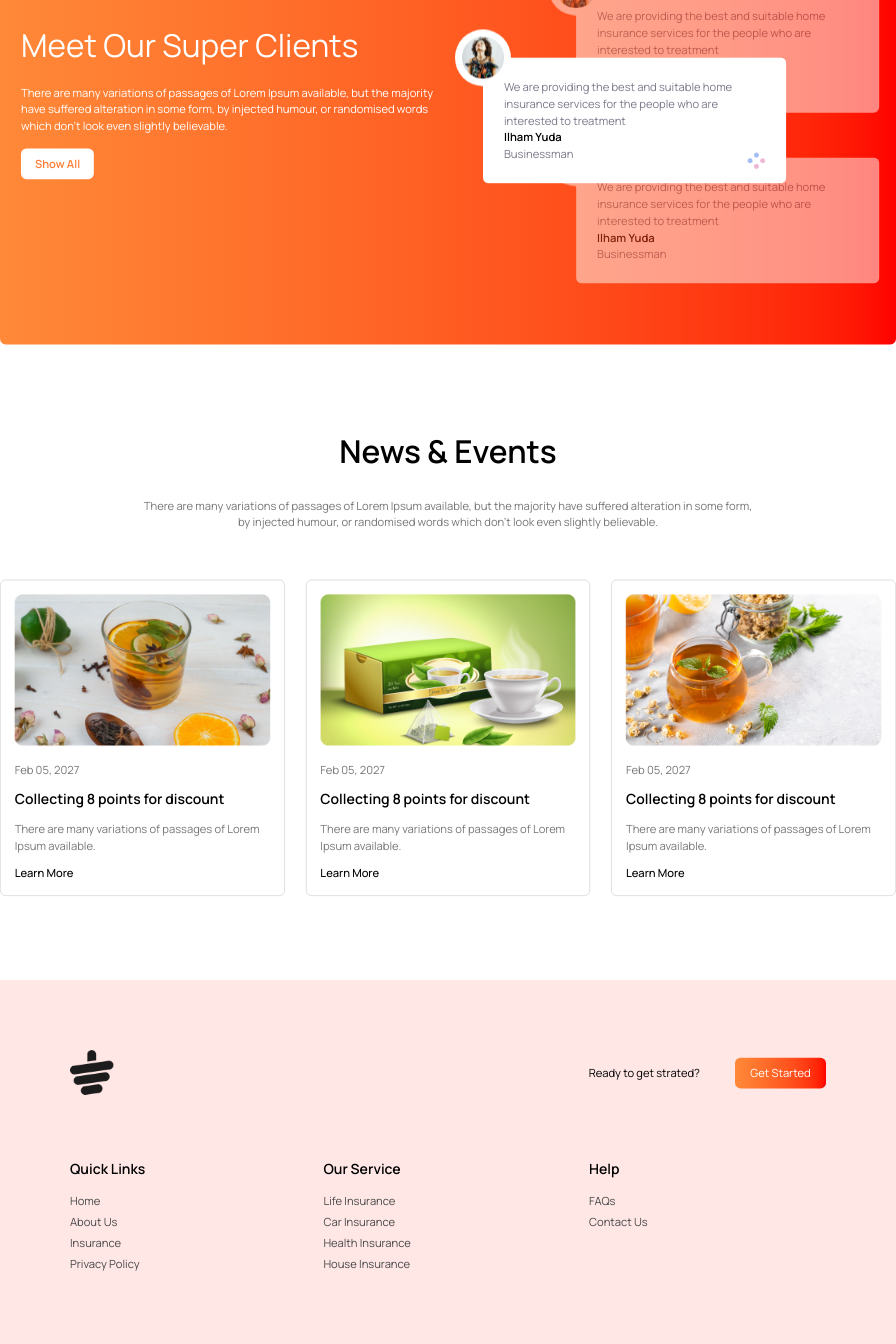
Repository: nahid-hasann/website-9
Page: index.html
An editor plug-in stored every save of this project. The page is shown before and after the next save, followed by the edit.
The browser window is 1280 px wide. The pictures show the part of the page from y = 2210 to 4130 px (the page is 4130 px tall), at 70% of full size.
Some web libraries are served in a nearby version.

Above is the page before, as saved 2025-08-17 21:39:14.

### index.html
<!DOCTYPE html>
<html lang="en">
<head>
    <meta charset="UTF-8">
    <meta name="viewport" content="width=device-width, initial-scale=1.0">
    <title>Tea House</title>
    <script src="https://cdn.jsdelivr.net/npm/@tailwindcss/browser@4"></script>
    <link rel="stylesheet" href="style.css">
    <link rel="stylesheet" href="https://cdnjs.cloudflare.com/ajax/libs/font-awesome/7.0.0/css/all.min.css" integrity="sha512-DxV+EoADOkOygM4IR9yXP8Sb2qwgidEmeqAEmDKIOfPRQZOWbXCzLC6vjbZyy0vPisbH2SyW27+ddLVCN+OMzQ==" crossorigin="anonymous" referrerpolicy="no-referrer" />

</head>
<body class="manrope-font">

<section class="banner-main-section max-w-[1300px]  flex flex-col md:flex-row  mx-auto  justify-between items-center">
    <div class="left-div">
        <h1 class="md:text-[80px] font-semibold text-[40px]">It's good <br> tea time at The <br> Tea House</h1>
        <p class="text-[18px] text-[#777777]">Tea and Botanical Solutions Supplier Give Optimum <br> Satisfaction To Your Taste Buds.</p>
        <button class="bg-[#ff2710] text-[#fff3f1] btn-1 bg-gradient-to-r from-[#FF8938] to-[#FF0000]">Explor More <i class="fa-solid fa-arrow-right -rotate-45"></i> </button>
    </div>
    <div class="right-div relative">
        <img src="images/banner.png" alt="">
        <div class="ratting bg-[#ffffff] shadow-2xl flex gap-2 items-center w-[230px] justify-center py-[15px] absolute bottom-[25px] left-[110px] rounded-[8px]">
              <div>
                <i class="fa-solid fa-star text-yellow-500 text-[23px]"></i>
              </div>
              <div>
                <h1 class="font-bold text-[23px]">5.00</h1>
                <p class="text-[#777777]">Trust Pilot Ratings</p>
              </div>
        </div>
    </div>
</section>

<section class="featured-section max-w-[1300px]  mx-auto my-[120px]">
     <div class="futured-text">
         <h1 class="md:text-[45px] text-[30px] font-semibold text-center">Our Featured Products</h1>
         <p class="text-[16px] text-[#777777] text-center my-[20px] md:w-[900px] mx-auto">There are many variations of passages of Lorem Ipsum available, but the majority have suffered alteration in some form, by injected humour, or randomised words which don't look even slightly believable. </p>
     </div>
     <div class="product-card flex flex-col md:flex-row gap-[30px] justify-center items-center ">
        <div class="card">
             <img src="images/tea-1.png" alt="">
             <h1>Milk Tea</h1>
             <p>Creamer could be replaced by fresh milk</p>
        </div>
        <div class="card">
             <img src="images/tea-2.png" alt="">
             <h1>Black Tea</h1>
             <p>Creamer could be replaced by fresh milk</p>
        </div>
        <div class="card">
             <img src="images/tea-3.png" alt="">
             <h1>Lemon Tea</h1>
             <p>Creamer could be replaced by fresh milk</p>
        </div>
        <div class="card">
             <img src="images/tea-4.png" alt="">
             <h1>Green Tea</h1>
             <p>Creamer could be replaced by fresh milk</p>
        </div>
     </div>
</section>

<section class="great-tea-section max-w-[1300px] mx-auto mb-[120px]">
    <div class="great-tea-main-section flex flex-col justify-center items-center md:flex-row gap-[50px]">
        <div class="div-left grid grid-cols-1 md:grid-cols-2  grid-rows-3 gap-[50px] max-w-[50%] ">
             <div class="grid-layout  bg-gradient-to-r from-[#ffe7e6] to-[#fff3eb] rounded-lg"></div>
             <div class="grid-layout row-span-2 bg-[#eef1eb] p-5 flex justify-center items-center rounded-lg">
                <img src="images/fresh-2.png" alt=""></div>
             <div class="grid-layout row-span-2 bg-[#fcf6e9] p-5 flex justify-center items-center rounded-lg" >
                <img src="images/fresh-1.png" alt=""></div>
             <div class="grid-layout bg-gradient-to-r from-[#D9D9D9] to-[#FFFFFF] rounded-lg"></div>
        </div>
        <div class="div-right max-w-[50%]">
           <h1 class="text-[45px] font-semibold text-center md:text-left">Great Tea, Freshly <br> Presented</h1>
           <p class="text-[16px] text-[#777777] my-[17px] text-center md:text-left">The meaning of gong cha is chanese is to provide the best tea to emperor from all possessions . It represents the highest quality and self expectation. Establishing in 2006, Gong cha had been deeply appreciated by its custoers  because of good words of mouth and unique customized service orginated from Taiwan.</p>
           <h4 class="text-[20px ] font-semibold mb-[14px] text-center md:text-left">Unique Taste</h4>
           <p class="mb-[17px] text-[#777777] text-center md:text-left">A Unique and different style from other teapots gives a <br> luxurious and minimalist impression</p>
           <h4 class="text-[20px ] font-semibold mb-[14px] text-center md:text-left">Premium Quality</h4>
           <p class="text-[#777777] text-center md:text-left">Premium Quality that makes tea more elegant and more <br> durable when you use it.</p>
        </div>
    </div>
</section>

<section class="review-section max-w-[1300px] bg-gradient-to-r from-[#FF8938] to-[#FF0000] mx-auto p-[30px] rounded-lg mb-[120px]  md:max-h-[650px] h-[1000px]">
     <div class="review-section-main-div grid grid-cols-1 md:grid-cols-2 ">
        <div class="left-review-text md:my-[160px] my-[20px]">
         <h1 class=" text-[45px] text-white md:text-left text-center">Meet Our Super Clients</h1>
         <p class="text-[16px] text-white my-[30px] md:my-[20px] md:text-left text-center">There are many variations of passages of Lorem Ipsum available, but the majority have suffered alteration in some form, by injected humour, or randomised words which don't look even slightly believable. </p>
         <button class="btn-2 bg-white text-[#ff7d33] py-[10px] px-[20px] rounded-lg font-semibold md:ml-0 ml-[155px]"> Show All </button>
        </div>
        <div class="right-review-card relative grid items-center justify-center">
            <div class="review-card bg-white p-[30px] top-[210px]  left-[50px] md:max-w-[433px]  w-[70vw] absolute grid justify-center items-center rounded-lg z-999">
                <p class="text-[#7c798a]">We are providing the best and suitable home insurance services for the people who are interested to treatment</p>
            <h4 class="font-semibold">Ilham Yuda</h4>
            <p class="text-[#7c798a]">Businessman</p>
            <div class="review-img absolute -top-[40px] -left-[40px] bg-white p-[10px] rounded-[50%]">
                <img src="images/client.png" alt="">
            </div>
            <img src="images/circles.png" class="absolute right-[30px] bottom-[20px]" alt="">
            </div>
            <div class="review-card bg-white p-[30px] md:max-w-[433px] w-[70vw]  absolute grid justify-center items-center rounded-lg md:top-[20%] md:left-[30%] opacity-[0.5] top-[-40px] left-[100px]">
                <p class="text-[#7c798a]">We are providing the best and suitable home insurance services for the people who are interested to treatment</p>
            <h4 class="font-semibold">Ilham Yuda</h4>
            <p class="text-[#7c798a]">Businessman</p>
            <div class="review-img absolute -top-[40px] -left-[40px] bg-white p-[10px] rounded-[50%]">
                <img src="images/client.png" alt="">
            </div>
            </div>
            <div class="review-card bg-white p-[30px] md:max-w-[433px] w-[70vw]  absolute grid justify-center items-center rounded-lg md:top-[65%] md:left-[30%] opacity-[0.5] top-[310px] left-[100px]">
                <p class="text-[#7c798a]">We are providing the best and suitable home insurance services for the people who are interested to treatment</p>
            <h4 class="font-semibold">Ilham Yuda</h4>
            <p class="text-[#7c798a]">Businessman</p>
            <div class="review-img absolute -top-[40px] -left-[40px] bg-white p-[10px] rounded-[50%]">
                <img src="images/client.png" alt="">
            </div>
            </div>
        </div>
     </div>
</section>

<section class="new-events-section mb-[120px] max-w-[1300px] mx-auto">
    <h1 class="md:text-[45px] text-[30px] text-center font-semibold">News & Events</h1>
    <p class="text-[#777777] text-center mt-[30px] mb-[70px] ">There are many variations of passages of Lorem Ipsum available, but the majority have suffered alteration in some form, <br> by injected humour, or randomised words which don't look even slightly believable. </p>
    <div class="new-events-card grid grid-cols-1 md:grid-cols-3 gap-[30px] justify-center items-center md:p-0 p-[20px]">
        <div class="cards bg-[#ffffff] border border-[#D2D2D2] p-[20px]  rounded-lg">
            <img src="images/news-2.png" class="w-full" alt="">
            <p class="text-[#777777] mt-[22px]">Feb 05, 2027</p>
            <h1 class="text-[20px] font-semibold my-[15px]">Collecting 8 points for discount</h1>
            <p class="mb-[15px] text-[#777777]">There are many variations of passages of Lorem Ipsum available.</p>
            <p class="font-medium">Learn More</p>
        </div>
          <div class="cards bg-[#ffffff] border border-[#D2D2D2] p-[20px] grid grid-cols-1  justify-center items-center rounded-lg ">
            <img src="images/news-1.png" class="w-full" alt="">
            <p class="text-[#777777] mt-[22px]">Feb 05, 2027</p>
            <h1 class="text-[20px] font-semibold my-[15px]">Collecting 8 points for discount</h1>
            <p class="mb-[15px] text-[#777777]">There are many variations of passages of Lorem Ipsum available.</p>
            <p class="font-medium">Learn More</p>
        </div>
         <div class="cards bg-[#ffffff] border border-[#D2D2D2] p-[20px] grid grid-cols-1  justify-center items-center rounded-lg ">
            <img src="images/news-3.png" class="w-full" alt="">
            <p class="text-[#777777] mt-[22px]">Feb 05, 2027</p>
            <h1 class="text-[20px] font-semibold my-[15px]">Collecting 8 points for discount</h1>
            <p class="mb-[15px] text-[#777777]">There are many variations of passages of Lorem Ipsum available.</p>
            <p class="font-medium">Learn More</p>
        </div>
    </div>
</section>

<footer class="bg-[#ffe7e6] p-[100px]">
    <div class="footer-1 flex flex-col md:flex-row justify-between items-center w-[100%] md:max-w-[1200px] md:mx-auto">
       <img src="images/cup.png" class="w-[62px] mb-[30px] md:mb-0" alt="">
        <div class="footer-right-text flex flex-col md:flex-row items-center justify-center gap-4 md:gap-[50px]">
            <p>Ready to get strated?</p>
            <button class="btn-3 bg-gradient-to-r from-[#FF8938] to-[#FF0000] py-[10px] px-[22px] rounded-lg text-white">Get Started</button>
        </div>
    </div>
    <div class="footer-2  w-[100%] md:max-w-[1200px] md:mx-auto flex flex-col md:flex-row justify-between mt-[50px]">
        <div class="footer-text-1 mt-[40px]">
            <h5 class="font-semibold text-[20px]">Quick Links</h5>
            <ul>
                <li>Home</li>
                <li>About Us</li>
                <li>Insurance</li>
                <li>Privacy Policy</li>
            </ul>
        </div>
        <div class="footer-text-1 mt-[40px]">
            <h5 class="font-semibold text-[20px]">Our Service</h5>
            <ul>
                <li>Life Insurance</li>
                <li>Car Insurance</li>
                <li>Health Insurance</li>
                <li>House Insurance</li>
            </ul>
        </div>
         <div class="footer-text-1 mt-[40px]">
            <h5 class="font-semibold text-[20px]">Help</h5>
            <ul>
                <li>FAQs</li>
                <li>Contact Us</li>
            </ul>
        </div>
        <div>
            <h1></h1>
        </div>

    </div>
</footer>





<script>
  if ('scrollRestoration' in history) {
    history.scrollRestoration = 'manual';
  }
  window.addEventListener('beforeunload', () => {
    localStorage.setItem('scrollX', String(window.scrollX));
    localStorage.setItem('scrollY', String(window.scrollY));
  });
  window.addEventListener('load', () => {
    const x = Number(localStorage.getItem('scrollX') || 0);
    const y = Number(localStorage.getItem('scrollY') || 0);
    window.scrollTo(x, y);
  });
</script>
</body>
</html>

### style.css
@import url('https://fonts.googleapis.com/css2?family=Manrope:wght@200..800&display=swap');


.manrope-font{
    font-family: "Manrope", sans-serif;
}

.banner-main-section{
    margin: 120px auto;
}

.left-div p{
    margin: 30px 0;
}

.btn-1{
    padding: 10px 22px;
    border-radius: 7px;
}

.card{
    background-color: #f8f8f8;
    display: flex;
    flex-direction: column;
    justify-content: center;
    align-items: center;
    padding: 20px 20px;
    border-radius: 7px;
    margin-top: 50px;
}

.card h1{
    font-size: 25px;
    font-weight: 600;
    margin-top: 14px;
}

.card p{
    font-size: 16px;
    color: #777777;
    text-align: center;
}


.footer-2 ul{
    margin-top: 15px;
    line-height: 30px;
}
.footer-2 ul li{
     font-size: 16px;
     color: #494949;
}

After the next save:
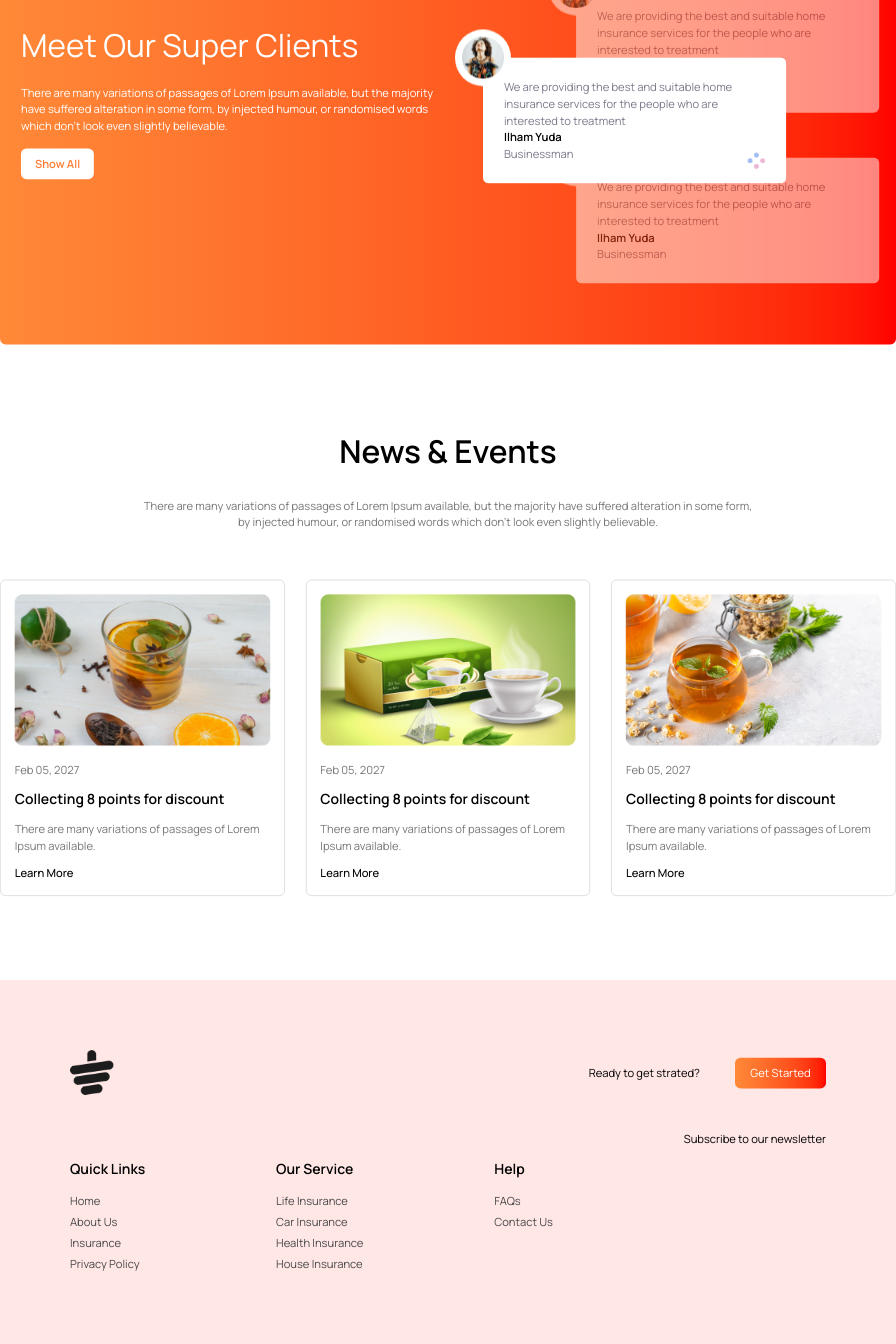
Saved 16 s later.
--- a/index.html
+++ b/index.html
@@ -181,7 +181,7 @@
             </ul>
         </div>
         <div>
-            <h1></h1>
+            <h1>Subscribe to our newsletter</h1>
         </div>
 
     </div>
